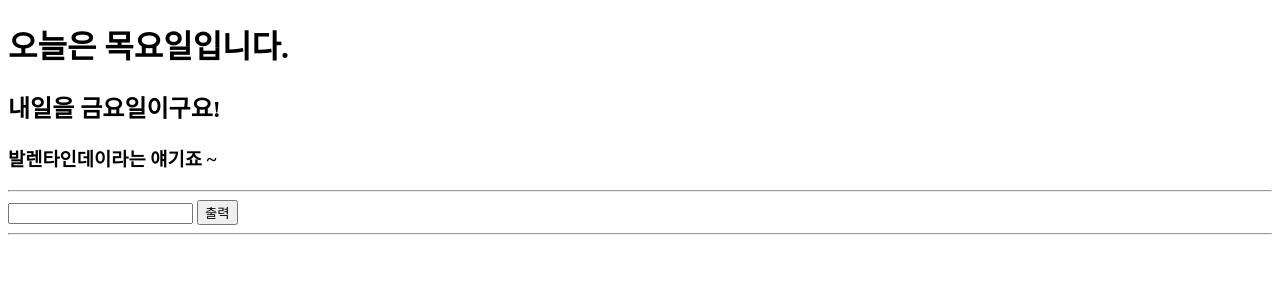
Repository: AgentHyun/FishDalle3
Page: Feb13_1_jQuery/WebContent/1_jQuery.html
An editor plug-in stored every save of this project. The page is shown before and after the next save, followed by the edit.
The browser window is 1280 px wide. The pictures show the whole page.

Above is the page before, as saved 2025-02-13 03:05:40.

### Feb13_1_jQuery/WebContent/1_jQuery.html
<!DOCTYPE html>
<html>
<head>
<meta charset="UTF-8">
<title>Insert title here</title>
<script type = "text/javascript " src = "jQuery.js"></script>
<script type = "text/javascript">
 // $(선택자).이벤트(콜백함수)
 // 콜백함수 : 어떤 이벤트에 의해서 호출되어지는 함수
/*  $(document).ready(function init(){ //이(문서).준비다되면(자동 호출될 함수)
   alert("준비 갈 완료 !");
 }); */
$(function(){
	alert("점심 먹으러 준비 갈 완료 !");


})


//CSS 선택자 이용
$(function(){
	 $("h1").click(() => {

		 alert("우우우우우우우~~~");
	 });
	 $("h2").click(function(){
		alert("와아ㅏ아아");
	 });

	 // 스위치 기능
	 let b = false;
	 $("h3").click(()=>{
		b = !b;
		alert(b);
	 });


	 let iInput = $("#i");

	 // html에 있는 <button>에
	 // 클릭이벤트가 발생하면 콜백함수가 자동으로 호출되도록 연결
	 $("button").click(()=>{

	    alert(iInput.val());
	    //jQuery에서는 val을통해서 value값을 가져옴



	 });





 });




</script>
</head>
<body>


<h1>오늘은 목요일입니다.</h1>
<h2>내일을 금요일이구요!</h2>
<h3>발렌타인데이라는 얘기죠 ~</h3>
<hr>
<input id = "i">
<button>출력</button>
<hr>


</body>
</html>

Loaded but not shown: Feb13_1_jQuery/WebContent/jQuery.js (library)

After the next save:
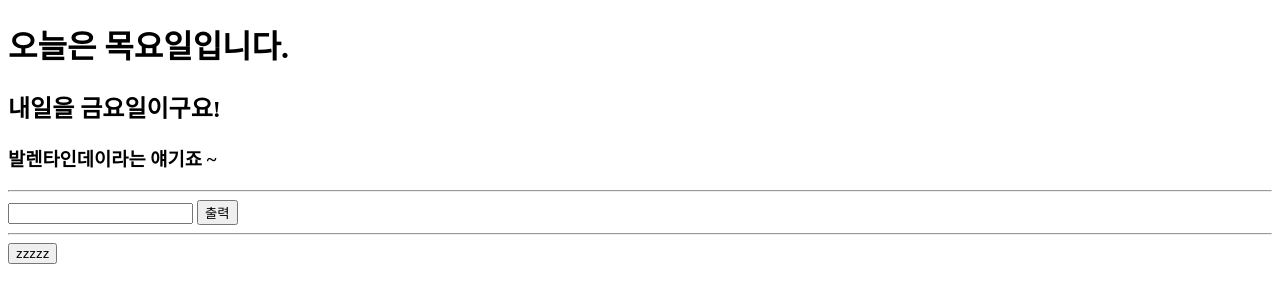
Saved 46 s later.
--- a/Feb13_1_jQuery/WebContent/1_jQuery.html
+++ b/Feb13_1_jQuery/WebContent/1_jQuery.html
@@ -52,6 +52,7 @@ $(function(){
 
 
 
+
  });
 
 
@@ -69,7 +70,7 @@ $(function(){
 <input id = "i">
 <button>출력</button>
 <hr>
-
+<button>zzzzz</button>
 
 </body>
 </html>
